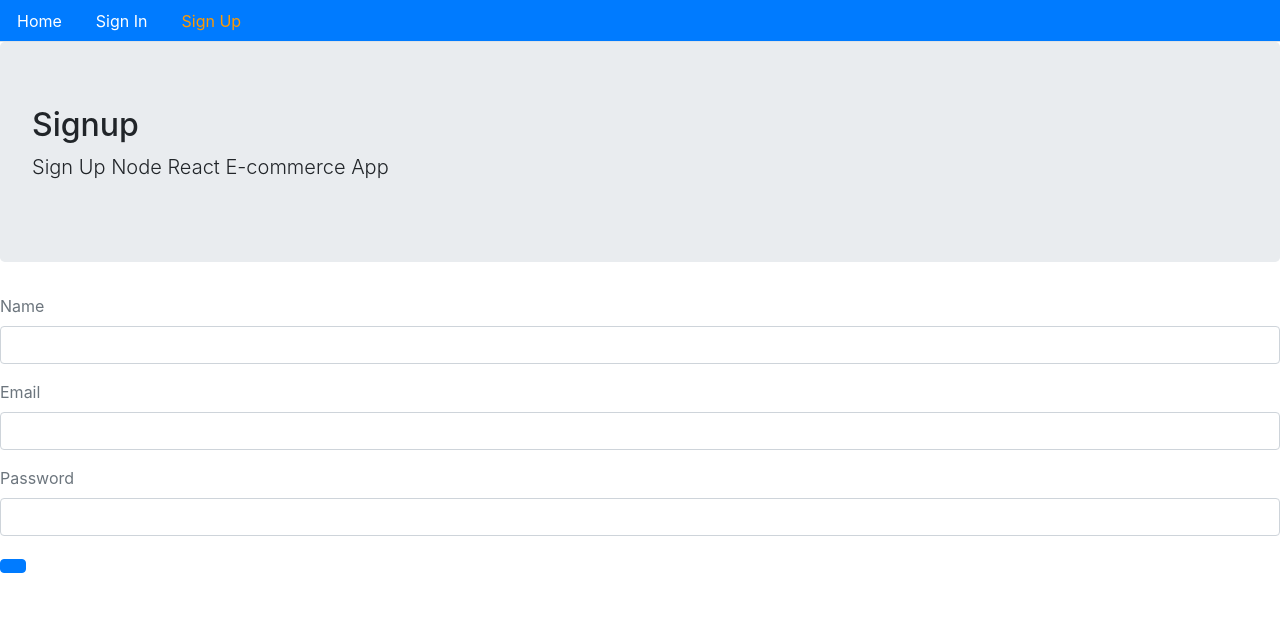
Repository: pragnyatata/Ecommerce
Page: /signup (app in ecommerce-front/)
These files come from the project's save history. The page is drawn as it stood at one moment and after the next save; the edit follows.
The browser window is 1280 px wide. The pictures show the whole page.
The project was rebuilt for these pictures with package versions that can differ from the ones it lists, and the page was loaded fresh each time. Also part of the build but not shown: ecommerce-front/src/App.js, ecommerce-front/src/user/Signin.js, ecommerce-front/src/core/Home.js.

Above is the page before, as saved 2020-01-18 21:32:55.

### ecommerce-front/public/index.html
<!DOCTYPE html>
<html lang="en">
  <head>
    <meta charset="utf-8" />
    <link rel="icon" href="%PUBLIC_URL%/favicon.ico" />
    <meta name="viewport" content="width=device-width, initial-scale=1" />
    <meta name="theme-color" content="#000000" />
    <meta
      name="description"
      content="Web site created using create-react-app"
    />
    <link rel="apple-touch-icon" href="%PUBLIC_URL%/logo192.png" />
    <link rel="manifest" href="%PUBLIC_URL%/manifest.json" />
    <link
      rel="stylesheet"
      href="https://maxcdn.bootstrapcdn.com/bootstrap/4.0.0/css/bootstrap.min.css"
      integrity="sha384-Gn5384xqQ1aoWXA+058RXPxPg6fy4IWvTNh0E263XmFcJlSAwiGgFAW/dAiS6JXm"
      crossorigin="anonymous"
    />

    <title>React App</title>
  </head>
  <body>
    <noscript>You need to enable JavaScript to run this app.</noscript>
    <div id="root"></div>
  </body>
</html>

### ecommerce-front/src/index.js
import React from "react";
import ReactDOM from "react-dom";
import App from "./App";
import Routes from "./Routes";
ReactDOM.render(<Routes />, document.getElementById("root"));

### ecommerce-front/src/Routes.js
import React, { Component } from "react";
import { BrowserRouter, Switch, Route } from "react-router-dom";
import Signup from "./user/Signup";
import Signin from "./user/Signin";
import Home from "./core/Home";
const Routes = () => {
  return (
    <BrowserRouter>
      <Switch>
        <Route path="/" exact component={Home} />
        <Route path="/signin" exact component={Signin} />
        <Route path="/signup" exact component={Signup} />
      </Switch>
    </BrowserRouter>
  );
};
export default Routes;

### ecommerce-front/src/user/Signup.js
import React, { Component } from "react";
import Layout from "../core/Layout";
const Signup = () => {
  const signUpForm = () => (
    <form>
      <div className="form-group">
        <label className="text-muted"> Name</label>
        <input type="text" className="form-control"></input>
      </div>
      <div className="form-group">
        <label className="text-muted"> Email</label>
        <input type="email" className="form-control"></input>
      </div>
      <div className="form-group">
        <label className="text-muted"> Password</label>
        <input type="password" className="form-control"></input>
      </div>
      <button className="btn btn-primary"></button>
    </form>
  );
  return (
    <Layout title="Signup" description=" Sign Up Node React E-commerce App">
      {signUpForm()}
    </Layout>
  );
};
export default Signup;

### ecommerce-front/src/core/Layout.js
import React from "react";
import Menu from "./Menu";
const Layout = ({
  title = "Title",
  description = "Description",
  className,
  children
}) => (
  <div>
    <Menu />
    <div className="jumbotron">
      <h2>{title}</h2>
      <p className="lead">{description}</p>
    </div>
    <div className={className}>{children}</div>
  </div>
);
export default Layout;

### ecommerce-front/src/core/Menu.js
import React from "react";
import { Link, withRouter } from "react-router-dom";
const isActive = (history, path) => {
  if (history.location.pathname === path) return { color: "#ff9900" };
  return { color: "#ffffff" };
};

const Menu = ({ history }) => (
  <div>
    <ul className="nav nav-tabs bg-primary">
      <li className="nav-item">
        <Link className="nav-link" style={isActive(history, "/")} to="/">
          Home
        </Link>
      </li>
      <li className="nav-item">
        <Link
          className="nav-link"
          style={isActive(history, "/signin")}
          to="/signin"
        >
          Sign In{" "}
        </Link>
      </li>
      <li className="nav-item">
        <Link
          className="nav-link"
          style={isActive(history, "/signup")}
          to="/signup"
        >
          Sign Up
        </Link>
      </li>
    </ul>
  </div>
);
export default withRouter(Menu);

After the next save:
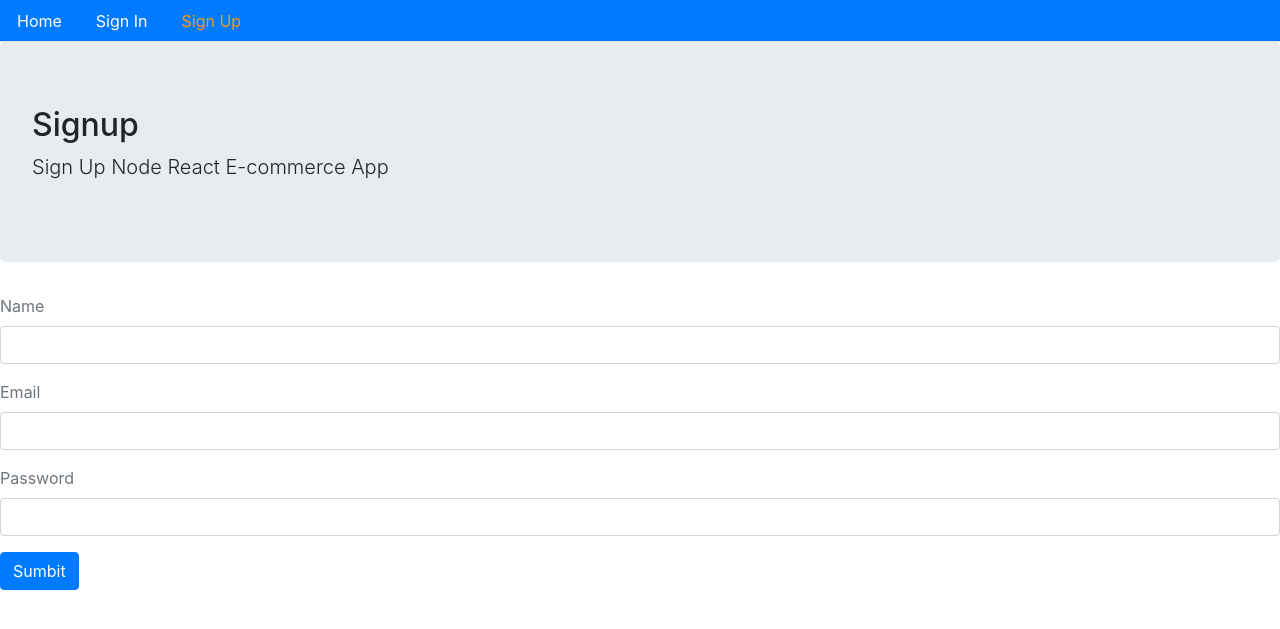
Saved 13 s later.
--- a/ecommerce-front/src/user/Signup.js
+++ b/ecommerce-front/src/user/Signup.js
@@ -15,7 +15,7 @@ const Signup = () => {
         <label className="text-muted"> Password</label>
         <input type="password" className="form-control"></input>
       </div>
-      <button className="btn btn-primary"></button>
+      <button className="btn btn-primary">Sumbit</button>
     </form>
   );
   return (
